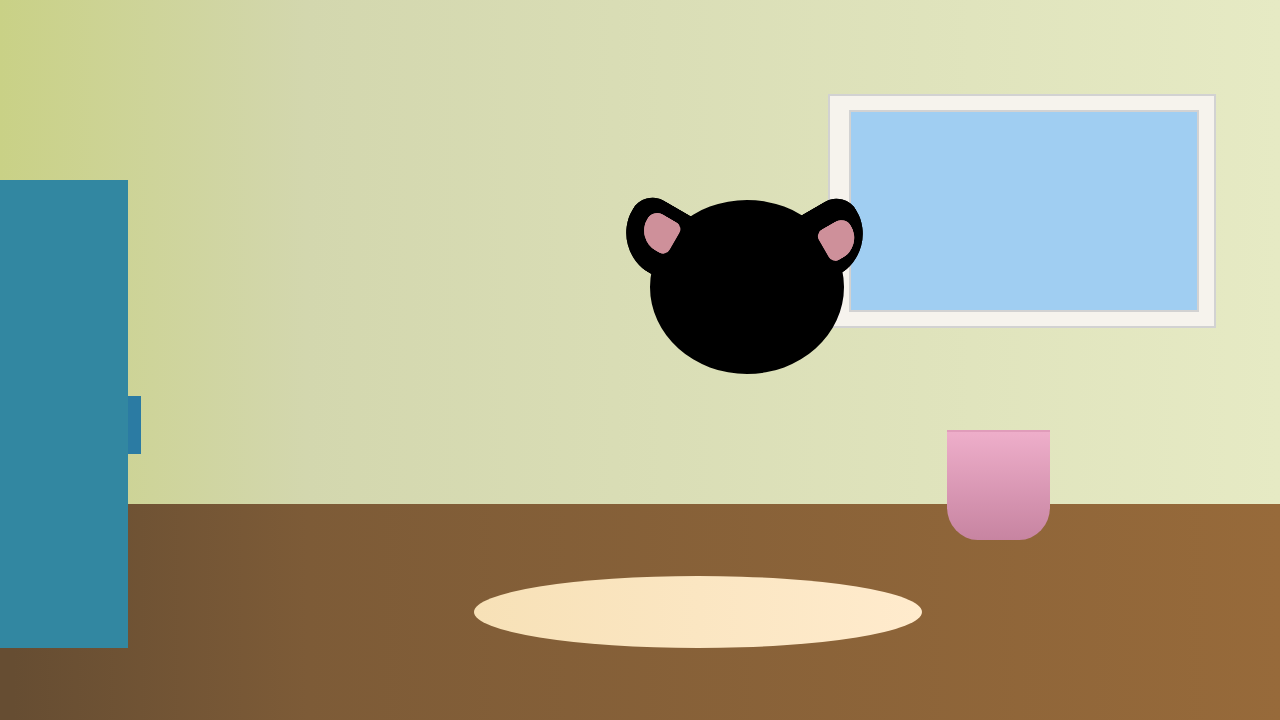
Repository: SandyLy453/COMP-2170-team-project
Page: index.html
An editor plug-in stored every save of this project. The page is shown before and after the next save, followed by the edit.
The browser window is 1280 px wide. The pictures show the whole page.

Above is the page before, as saved 2024-05-03 12:37:08.

### index.html
<!DOCTYPE html>
<html lang="en">
<head>
    <meta charset="UTF-8">
    <meta name="viewport" content="width=device-width, initial-scale=1.0">
    <title>Team Project: Doll Dress-Up Game</title>
    <link rel="stylesheet" href="styles.css" />
</head>
<body>
    <main class="main-area">
        <div class="background">
            <div class="floor"></div>
            <div class="closet">
                <div class="openner"></div>
            </div>
            <div class="carpet"></div>
            <div class="window">
                <div class="outside"></div>
            </div>
            <div class="plantPot">
                <div class="plant"></div>
                <div class="pot"></div>
            </div>
        </div>

        <div class="character">
            <div class="cat">
                <div class="cat-head">
                    <div class="ears">

                        <div class="left-ear">
                            <div class="left-inner-ear">
                            </div>
                        </div>

                        <div class="right-ear">
                            <div class="right-inner-ear">
                            </div>
                        </div>
                    </div>

                    <div class="cat-eyes">
                        <div class="left-eye">
                            <div class="left-inner-eye">
                            </div>
                        </div>
                        <div class="right-eye">
                            <div class="right-inner-eye">
                            </div>
                        </div>
                    </div>

                    <div class="cat-nose"></div>

                    <div class="cat-mouth">
                        <div class="left-line"></div>
                        <div class="right-line"></div>
                    </div>

                    <div class="cat-whiskers-left">
                        <div class="whisker-left-top"></div>
                        <div class="whisker-left-middle"></div>
                        <div class="whisker-left-bottom"></div>
                    </div>
                    <div class="cat-whiskers-right">
                        <div class="whisker-right-top"></div>
                        <div class="whisker-right-middle"></div>
                        <div class="whisker-right-bottom"></div>
                    </div>
                </div>

                <div class="cat-body">
                    <div class="arm left-arm"></div>
                    <div class="arm right-arm"></div>
                    <div class="foot left-foot"></div>
                    <div class="foot right-arm"></div>
                </div>
            </div>
        </div>
    </main>
    <script src="script.js"></script>
</body>
</html>

### styles.css
body {
    margin: 0;
    width: 100vw;
    min-height: 100vh;
    background: linear-gradient(90deg, rgba(201,209,134,1) 0%, rgba(211,215,174,1) 24%, rgba(230,234,196,1) 100%);
}

/* Background styling */

.background {
    z-index: -10;
}

.floor {
    position: absolute;
    bottom: 0;
    width: 100vw;
    height: 30vh;
    background: linear-gradient(90deg, rgba(102,77,50,1) 1%, rgba(125,91,55,1) 24%, rgba(151,106,58,1) 100%);
    z-index: -2;
}

.closet {
    position: absolute;
    bottom: 10vh;
    left: 0;
    width: 10vw;
    height: 65vh;
    background-color: rgb(50, 135, 161);
}

.openner {
    position: relative;
    width: 1vw;
    height: 8vh;
    left: 10vw;
    bottom: -30vh;
    background-color: rgb(43, 123, 163);
}

.carpet {
    width: 35vw;
    height: 10vh;
    border-radius: 50%;
    background: linear-gradient(90deg, rgba(247,225,183,1) 0%, rgba(255,235,205,1) 100%);
    position: absolute;
    bottom: 10vh;
    right: 28vw;
}

.window {
    width: 30vw;
    height: 32vh;
    background-color: rgb(246, 243, 237);
    position: absolute;
    right: 5vw;
    top: 13vh;
    border: 2px solid rgb(210, 210, 210);
    z-index: -1;
}

.outside {
    width: 27vw;
    height: 27.5vh;
    background-color: rgb(160, 206, 242);
    position: relative;
    left: 1.5vw;
    top: 2vh;
    border: 2px solid rgb(210, 210, 210)
}

.pot {
    width: 8vw;
    height: 15vh;
    background: linear-gradient(180deg, rgba(238,174,202,1) 0%, rgba(199,132,161,1) 100%);
    position: absolute;
    right: 18vw;
    bottom: 25vh;
    border-bottom-left-radius: 30%;
    border-bottom-right-radius: 30%;
    border-top: 2px solid rgb(224, 156, 186);
}


/* Cat styling */

.cat-head {
    position: absolute;
    right: 0;
    left: 650px;
    top: 200px;
    bottom: 0;
    background-color: black;
    width: 190px;
    height: 170px;
    border: 2px solid black;
    border-radius: 50%;
}

.left-ear {
    position: absolute;
    z-index: 1;
    top: 0;
    left: -30px;
    border-top-left-radius: 80px;
    border-top-right-radius: 40px;
    transform: rotate(-60deg);
    border-left: 35px solid black;
    border-right: 35px solid black;
    border-bottom: 70px solid black;
}

.right-ear {
    position: absolute;
    z-index: 1;
    top: 1px;
    left: 145px;
    border-top-left-radius: 40px;
    border-top-right-radius: 80px;
    transform: rotate(60deg);
    border-left: 35px solid black;
    border-right: 35px solid black;
    border-bottom: 70px solid black;
}

.left-inner-ear {
    position: absolute;
    top: 0;
    left: -30px;
    transform: scale(0.5);
    border-top-left-radius: 80px;
    border-top-right-radius: 40px;
    border-bottom-right-radius: 40%;
    border-bottom-left-radius: 40%;
    border-left: 35px solid rgb(206, 144, 154);
    border-right: 35px solid rgb(206, 144, 154);
    border-bottom: 70px solid rgb(206, 144, 154);
}

.right-inner-ear {
    position: absolute;
    top: -5px;
    left: -30px;
    transform: scale(0.5);
    border-top-left-radius: 40px;
    border-top-right-radius: 80px;
    border-bottom-right-radius: 40%;
    border-bottom-left-radius: 40%;
    border-left: 35px solid rgb(206, 144, 154);
    border-right: 35px solid rgb(206, 144, 154);
    border-bottom: 70px solid rgb(206, 144, 154);
}

### script.js
const shirts = ["shirt1","shirt2","shirt3","shirt4", "shirt5"]

const bottoms = ["bottom1","bottom2","bottom3","bottom4", "bottom5"]

const accessories = ["acc1","acc2","acc3","acc4", "acc5"]

After the next save:
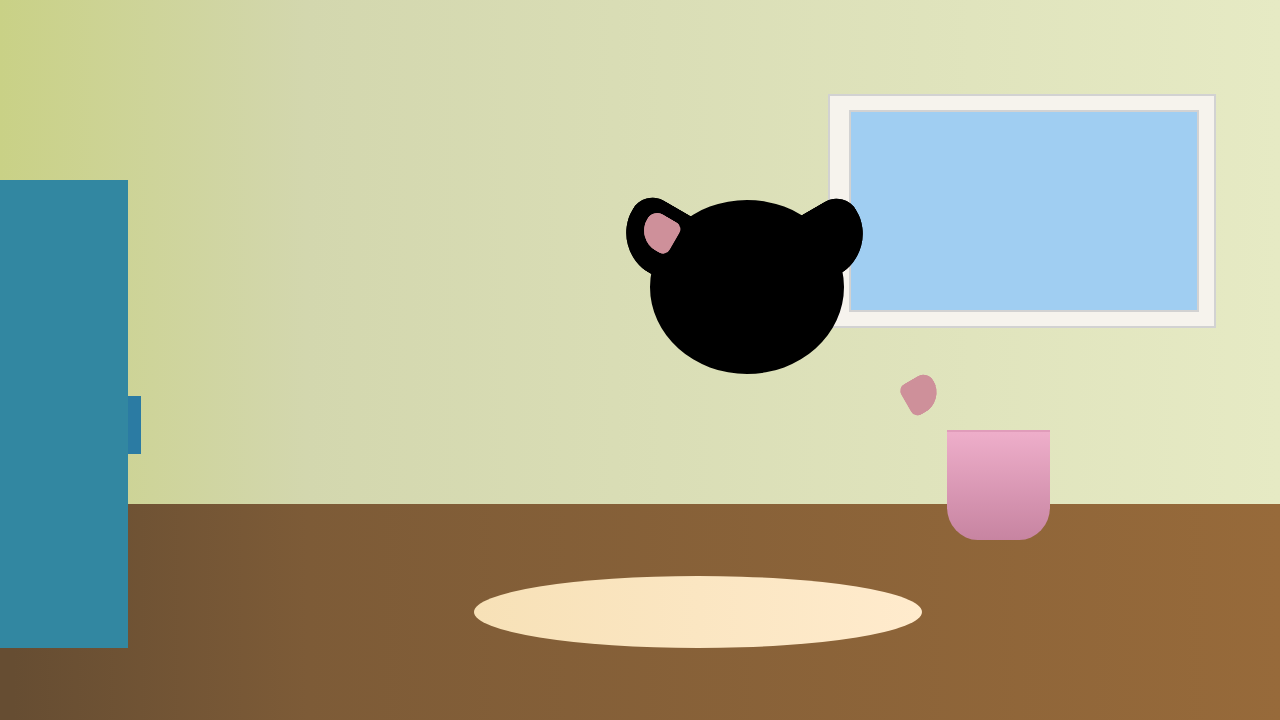
Saved 18 s later.
--- a/styles.css
+++ b/styles.css
@@ -139,8 +139,8 @@
 
 .right-inner-ear {
     position: absolute;
-    top: -5px;
-    left: -30px;
+    top: 1px;
+    left: 145px;
     transform: scale(0.5);
     border-top-left-radius: 40px;
     border-top-right-radius: 80px;
